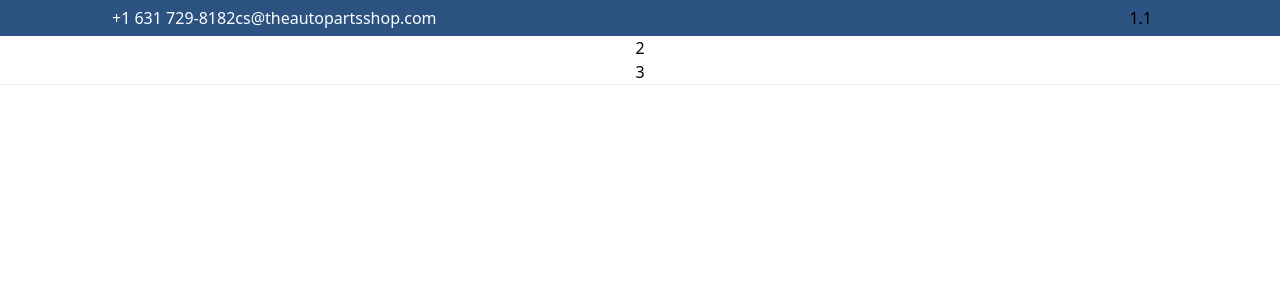
Repository: robindhimanspineor/TAPS-Next
Page: /
These files come from the project's save history. The page is drawn as it stood at one moment and after the next save; the edit follows.
The browser window is 1280 px wide. The pictures show the whole page.
The project was rebuilt for these pictures with package versions that can differ from the ones it lists, and the page was loaded fresh each time. The framework's server and built-in components were replaced by stand-ins that run in the browser. Also part of the build but not shown: next.config.js.

Above is the page before, as saved 2021-09-16 15:02:53.

### src/pages/index.tsx
// import { useRouter } from 'next/router';

// import { Meta } from '../layout/Meta';
// import { Main } from '../templates/Main';
import Header from '../components/common/header';

const Index = () => {
  // const router = useRouter();

  return (
    // <Main
    //   meta={
    //     <Meta
    //       title="Next.js Boilerplate Presentation"
    //       description="Next js Boilerplate is the perfect starter code for your project. Build your React application with the Next.js framework."
    //     />
    //   }
    // >
    // </Main>
    <div>
      <main className="main-container block">
        <Header />
      </main>
    </div>
  );
};

export default Index;

### src/components/common/header/index.js
const Header = () => {
  return (
    <header className="flex flex-col items-center justify-center w-full static border-b z-50">
      <div className="head-top flex justify-between py-1.5 pr-32 pl-28 bg-blue-800 w-full">
        <div className="head-top-left flex text-white font-medium w-9/12">
          <div className="head-top phone">
            <span></span>
            +1 631 729-8182
          </div>
          <div className="heap-top email">
            <span></span>
            cs@theautopartsshop.com
          </div>
        </div>
        <div>1.1</div>
      </div>
      <div>2</div>
      <div>3</div>
    </header>
  );
};

export default Header;

Loaded but not shown: src/pages/_app.tsx (common file); src/pages/_document.tsx (common file); src/styles/main.css (common file); src/utils/AppConfig.ts (common file); tailwind.config.js (common file)

After the next save:
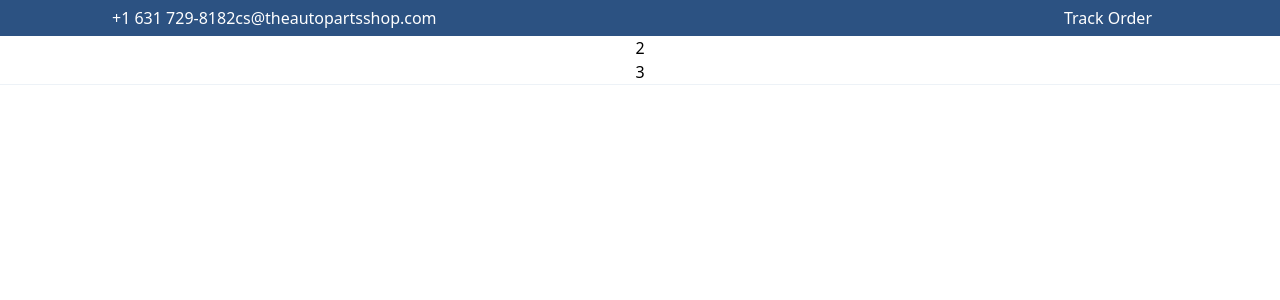
Saved 48 s later.
--- a/src/components/common/header/index.js
+++ b/src/components/common/header/index.js
@@ -12,7 +12,7 @@ const Header = () => {
             cs@theautopartsshop.com
           </div>
         </div>
-        <div>1.1</div>
+        <div className="head-top-right text-white font-medium">Track Order</div>
       </div>
       <div>2</div>
       <div>3</div>
